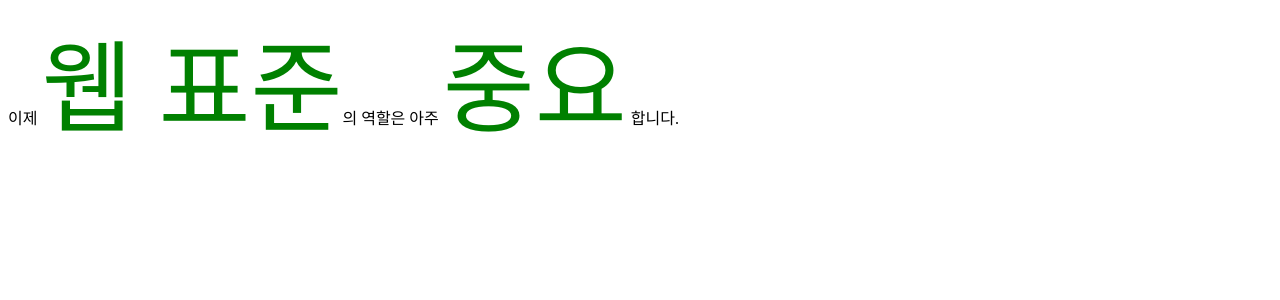
Repository: KimHeonSeung/TJE_HTML
Page: sources/day_01/WebContent/standard.html
The author's editor kept a copy of each file at every save. The page is drawn from the files as they stood at one save, then again after a run of saves.
The browser window is 1280 px wide. The pictures show the whole page.

Above is the page before, as saved 2019-05-10 02:51:20.

After the next 2 saves:
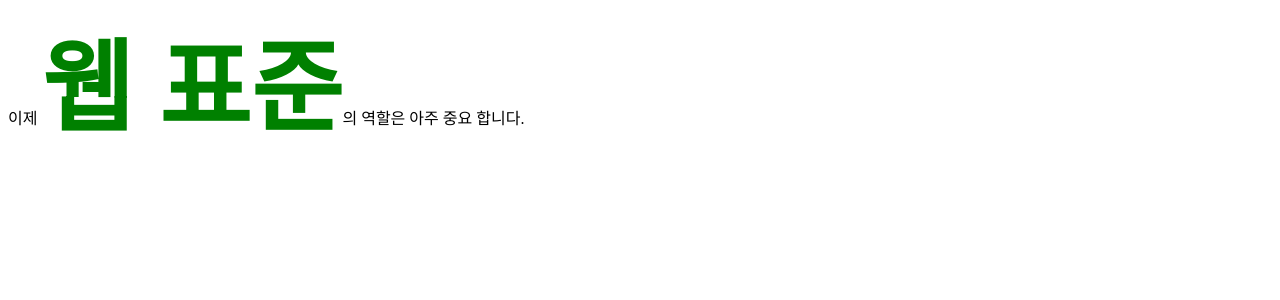
The 2 saves are shown as one change because they came seconds apart.
The last was saved 10 s later.
--- a/sources/day_01/WebContent/standard.html
+++ b/sources/day_01/WebContent/standard.html
@@ -8,7 +8,7 @@
 	.accent {
 	 font-size : 100px;
 	 color : green;
-	 font-weight : 100;
+	 font-weight : 700;
 	}
 
 	<style type = "text/css">
@@ -23,7 +23,7 @@
 <body>
 	<p>
 	이제 <span class = "accent">웹 표준</span>의 역할은
-	아주 <span class = "accent">중요</span> 합니다.
+	아주 <span class = "accent1">중요</span> 합니다.
 	</p>
 </body>
 
